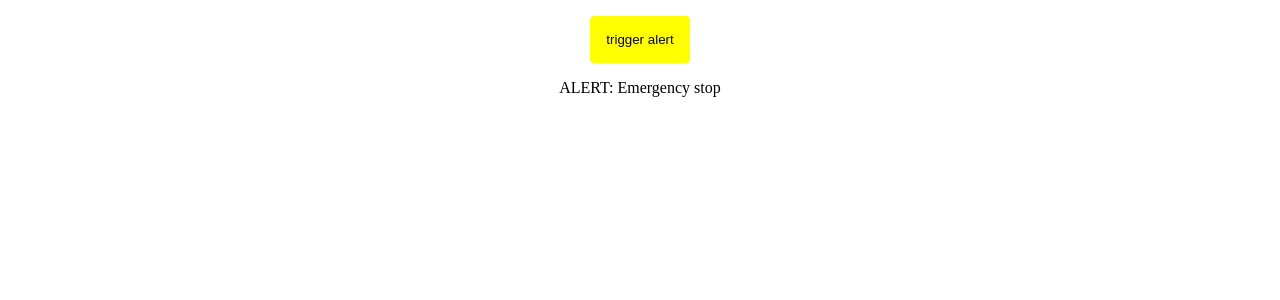
Repository: Esttevo/list-rewiew-js-2
Page: modulo-6/index.html
The author's editor kept a copy of each file at every save. The page is drawn from the files as they stood at one save, then again after the next save.
The browser window is 1280 px wide. The pictures show the whole page.
After loading, the first visible `#btn-alert` was clicked once.

Above is the page before, as saved 2026-10-22 19:59:15.
Console error (its wording comes from the project's code and is left out).

After the next save:
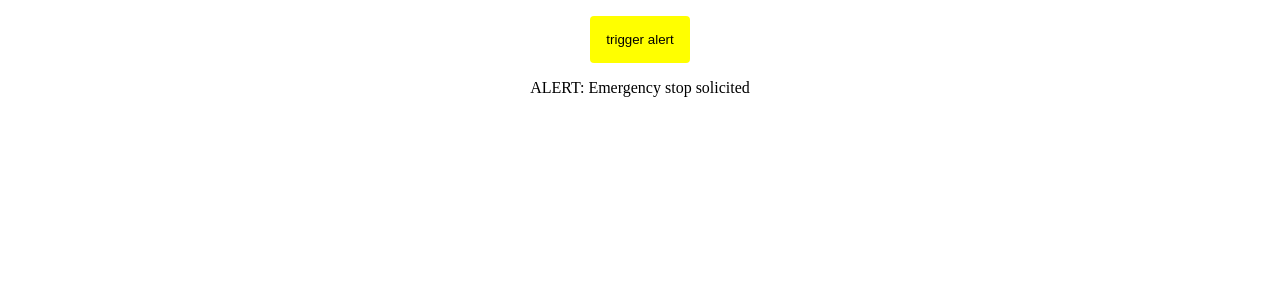
Saved 4 s later.
--- a/modulo-6/app.js
+++ b/modulo-6/app.js
@@ -7,6 +7,6 @@ const divAlert = document.querySelector(".wrapper-alert");
 const textAlert = document.getElementById("alert");
 
 btnAlert.addEventListener("click", () => {
-    textAlert.textContent = "ALERT: Emergency stop";
+    textAlert.textContent = "ALERT: Emergency stop solicited";
     divAlert.classList.add("")
 })
